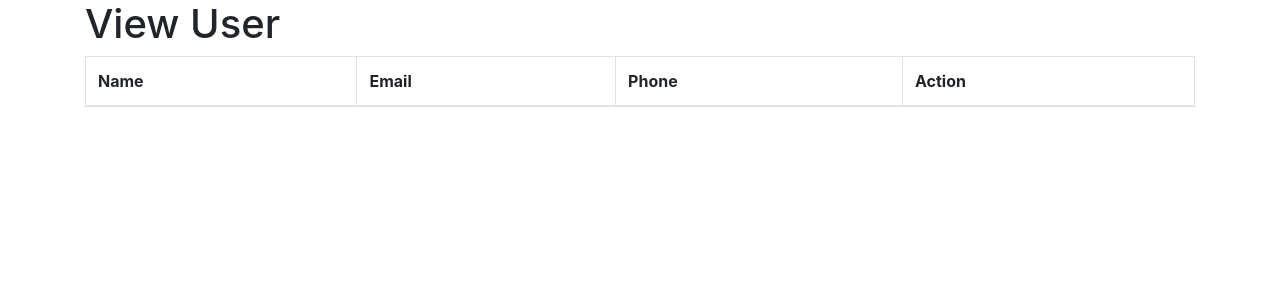
Repository: 9703146255/ADV-JAVA-PROJECTS
Page: http://localhost/03-CrudOperationProject/view.jsp
These files come from the project's save history. The page is drawn as it stood at one moment and after the next save; the edit follows.
The browser window is 1280 px wide. The pictures show the whole page.
Some web libraries are served in a nearby version. The page is served by Tomcat 9. Other server files are loaded and not shown.

Above is the page before, as saved 2023-11-07 09:08:26.

### 03-CrudOperationProject/src/main/webapp/view.jsp
<%@ page language="java" contentType="text/html; charset=UTF-8" pageEncoding="UTF-8" %>
<%@ taglib uri="http://java.sun.com/jsp/jstl/core" prefix="c" %>
<!DOCTYPE html>
<html>
<head>
    <meta charset="UTF-8">
    <title>View User</title>
    <link rel="stylesheet" href="https://maxcdn.bootstrapcdn.com/bootstrap/4.0.0/css/bootstrap.min.css">
    <script src="https://code.jquery.com/jquery-3.2.1.slim.min.js"></script>
    <script src="https://maxcdn.bootstrapcdn.com/bootstrap/4.0.0/js/bootstrap.min.js"></script>
</head>
<body>
    <div class="container">
        <h1>View User</h1>
        <table class="table table-bordered">
            <thead>
                <tr>
                    <th>Name</th>
                    <th>Email</th>
                    <th>Phone</th>
                    <th>Action</th>
                </tr>
            </thead>


            <tbody>
                <c:forEach items="${users}" var="user">
                    <tr>
                        <td>${user.name}</td>
                        <td>${user.email}</td>
                        <td>${user.phno}</td>
                        <td>
                            <a href="editUser.jsp?id=${user.id}" class="btn btn-primary">Edit</a>
                            <a href="deleteUser?id=${user.id}" class="btn btn-danger">Delete</a>
                        </td>
                    </tr>
                </c:forEach>
            </tbody>
        </table>
    </div>
</body>
</html>

After the next save:
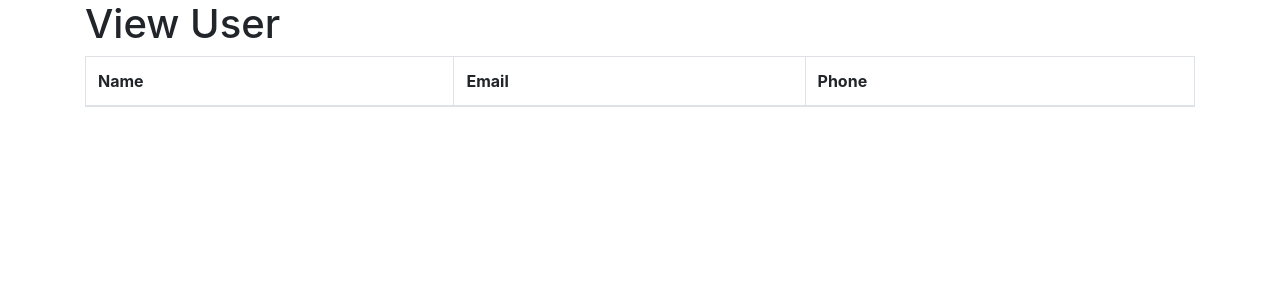
Saved 7 min 53 s later.
--- a/03-CrudOperationProject/src/main/webapp/view.jsp
+++ b/03-CrudOperationProject/src/main/webapp/view.jsp
@@ -18,21 +18,14 @@
                     <th>Name</th>
                     <th>Email</th>
                     <th>Phone</th>
-                    <th>Action</th>
                 </tr>
             </thead>
-
-
             <tbody>
                 <c:forEach items="${users}" var="user">
                     <tr>
                         <td>${user.name}</td>
                         <td>${user.email}</td>
                         <td>${user.phno}</td>
-                        <td>
-                            <a href="editUser.jsp?id=${user.id}" class="btn btn-primary">Edit</a>
-                            <a href="deleteUser?id=${user.id}" class="btn btn-danger">Delete</a>
-                        </td>
                     </tr>
                 </c:forEach>
             </tbody>

After the save that followed:
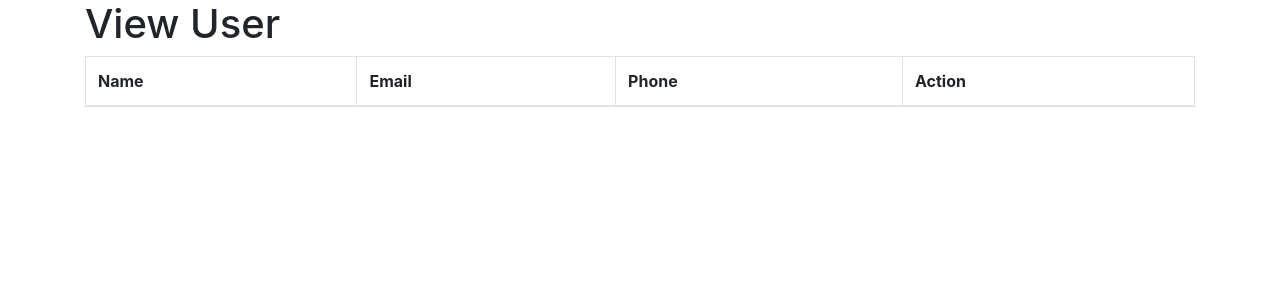
Saved 4 min 17 s later.
--- a/03-CrudOperationProject/src/main/webapp/view.jsp
+++ b/03-CrudOperationProject/src/main/webapp/view.jsp
@@ -18,14 +18,21 @@
                     <th>Name</th>
                     <th>Email</th>
                     <th>Phone</th>
+                    <th>Action</th>
                 </tr>
             </thead>
+
+
             <tbody>
                 <c:forEach items="${users}" var="user">
                     <tr>
                         <td>${user.name}</td>
                         <td>${user.email}</td>
                         <td>${user.phno}</td>
+                        <td>
+                            <a href="editUser.jsp?id=${user.id}" class="btn btn-primary">Edit</a>
+                            <a href="deleteUser?id=${user.id}" class="btn btn-danger">Delete</a>
+                        </td>
                     </tr>
                 </c:forEach>
             </tbody>
